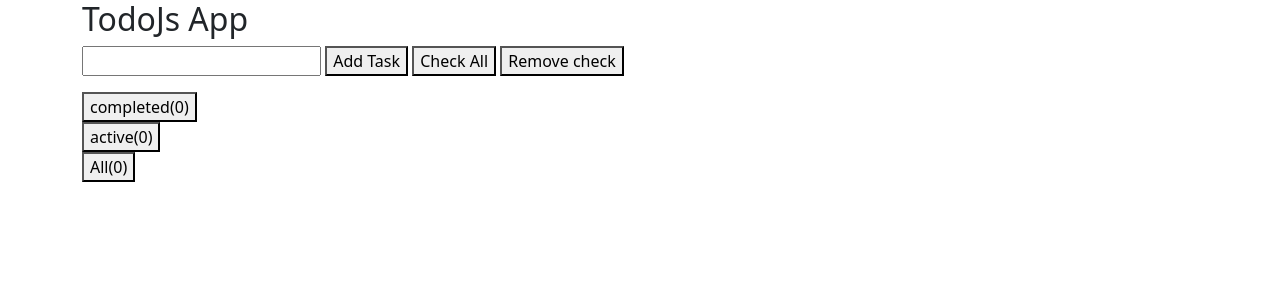
Repository: VladimirKasyanov/Todo
Page: index.html
An editor plug-in stored every save of this project. The page is shown before and after a run of saves, followed by the edit.
The browser window is 1280 px wide. The pictures show the whole page.

Above is the page before, as saved 2024-05-31 11:22:27.

### index.html
<!DOCTYPE html>
<html lang="en">
  <head>
    <meta charset="utf-8" />
    <meta name="viewport" content="width=device-width, initial-scale=1" />
   <link rel="stylesheet" href="styles.css">
    <link
      href="https://cdn.jsdelivr.net/npm/bootstrap@5.3.3/dist/css/bootstrap.min.css"
      rel="stylesheet"
      integrity="sha384-QWTKZyjpPEjISv5WaRU9OFeRpok6YctnYmDr5pNlyT2bRjXh0JMhjY6hW+ALEwIH"
      crossorigin="anonymous"
    />
    <title>TodoJs App</title>
  </head>
  <body>
    <div class="container">
      <h2>TodoJs App</h2>
      <form>
        <input type="text" class="input__box" />
        <button type="button" class="add">Add Task</button>
        <button type="button" onclick="checkAll()" class="check-all">
          Check All
        </button>
        <button type="button" onclick="removeCheck()" class="remove-check">
          Remove check
        </button>
      </form>
      <div class="todo__li">
        <ul class="list"></ul>
        <div class="all-button" >
          <button class="completed" href = '#cmp'>completed<span id="completed-counter">(0)</button>
          <button class="inc" href = '#inc'>active<span id="incomplete-counter">(0)</span></button>
          <button class="all" href ="#all" type="focus" >All<span id="total-counter">(0)</span></button>
        <div>
      </div>
    </div>
    <script
      src="https://cdn.jsdelivr.net/npm/bootstrap@5.3.3/dist/js/bootstrap.bundle.min.js"
      integrity="sha384-YvpcrYf0tY3lHB60NNkmXc5s9fDVZLESaAA55NDzOxhy9GkcIdslK1eN7N6jIeHz"
      crossorigin="anonymous"
    ></script>
    <script src="todo.js"></script>
  </body>
</html>

### styles.css
.completed {
display: block;
}
.inc {
    display: block;
}

### todo.js
const form = document.querySelector("form");
const inputBox = document.querySelector(".input__box");
const addButton = document.querySelector(".add");
const list = document.querySelector(".list");
const label = document.querySelector(".span");
const newInput = document.querySelector(".new-input");
const totalCounter = document.getElementById("total-counter");
const completedCounter = document.getElementById("completed-counter");
const incompleteCounter = document.getElementById("incomplete-counter");


const keyEnter = "Enter"
const keyEscape = "Escape"


let todoList = [];
let condition = "all"
// let completedCount = 0;
// let incompleteCount = 0;

const task = (event) => {
  event.preventDefault();
  const inputText = inputBox.value.trim()
  if (inputText === "" || inputText === null) return;
  let newTodo = {
    description: inputBox.value,
    checked: false,
    id: Date.now(),
  };

  todoList.push(newTodo);
  console.log(todoList);
  displayList(todoList);
  inputBox.value = "";

};



const displayList = () => {

  list.innerHTML = "";
  todoList.forEach((item) => {
    list.innerHTML += `
<li id ='${item.id}'>
<input class = 'check' type='checkBox' id='${item.id}' ${
      item.checked ? "checked" : ""
    }>
<span class='some-text'>${item.description}</span>
  <input class='new-input' type= 'text' value='${item.description.replace(/\s+/g, '')}' hidden></input>
<button type='delete' class='del' id='${item.id}' >x</button>
</li>

`;

});
updateCounters();

// document.getElementById("total-counter").textContent.todoList.length
};

// const counter = () => {
//     console.log(todoList.length)

//   displayList(todoList)
// }

const toggleTodo = (event) => {
  // todoList[index].checked = !todoList[index].checked;
  if(event.target.type == 'checkbox') {
    const todoId = event.target.id;
    todoList.forEach((item) => {
      if (item.id === Number(todoId)) {
        item.checked = !item.checked;
      }
    })
  }
   updateCounters();
  // displayList(todoList);
};




const checkAll = () => {
  todoList.forEach((todo) => {
    todo.checked = !todo.checked;
  });
  displayList();
};


// const filterTodo = () => {
//   switch (condition) {
//     case 'active':
//     return todoList.filter((todo) => !todo.isChecked);
// }
// }

const updateCounters = () => {
  const completedCount = todoList.filter((item) => item.checked).length;
  const incompleteCount = todoList.length - completedCount;

  completedCounter.innerText = completedCount;
  incompleteCounter.innerText = incompleteCount;
  totalCounter.innerText = todoList.length;
};

const completedTab = () => {
  const completedCount = todoList.filter((item) => item.checked)

}



const removeCheck = () => {
  todoList = todoList.filter((todo) => !todo.checked);
  displayList(todoList);
};

function removeOnce(event) {
  const todoId = Number(event.target.parentElement.id);
  if (event.target.classList.contains("del")) {
    todoList = todoList.filter((todo) => todo.id !== todoId);
    displayList(todoList);
  }
}


const editNew = (elementId) => {
  const theElement = document.getElementById(elementId)
  const newText = theElement.children[2].value;
    if (newText === "" || newText === null) return
  // let todoText = event.target.parentNode.children[2].value;

  // console.log(todoList)

  todoList.forEach((item) => {
    if (item.id === Number(elementId)) {
        item.description = newText.trim()
    }

  })
  displayList(todoList);

  //  if (event.sourceCapabilities !== null) {
  //   if (todoText.trim() === '') {
  //   }
  //   displayList(todoList);
  // }
}

const addButtonEnter = (event) => {
    if (event.key === keyEnter) {
       task(event);
  }
};

const changeDescription = (event) => {
  if (event.target.classList.contains("some-text")) {
    const {children} = event.target.parentNode
    children[1].hidden = true
    children[2].hidden = false
    children[2].focus()
  }
};

const changeDescriptionFinish = (event) => {
    if (event.target.classList.contains("new-input")) {
      // console.log(event)

      if (event.key === keyEnter){
        const todoId = Number(event.target.parentElement.id);
        console.log(todoId)
        // todoList.forEach((todo) => todo.id !== todoId);
        editNew(todoId);


      }
      if (event.key === keyEscape) {
        displayList(todoList)
      }
    }
  }


  // list.addEventListener("blur",changeDescriptionFinish)
  list.addEventListener("dblclick", changeDescription);
  list.addEventListener("click", removeOnce);
  list.addEventListener("click", toggleTodo);
  addButton.addEventListener("click", task);
  // console.log(typeof(li))
  list.addEventListener('keyup', changeDescriptionFinish);
  inputBox.addEventListener('keydown', addButtonEnter);
  // list.addEventListener('click', refillCounter)


// const changeDescription = (event) => {
//   const todoId = event.target.parentElement.id;
//   const todo = todoList.find((todo) => todo.id == todoId);

//   if (event.target.classList.contains("label")) {
//     const input = document.createElement("input");
//     input.type = "text";
//     input.value = todo.description;

//     input.addEventListener("blur", () => {
//       todo.description = input.value;
//       displayList(todoList);
//     });

//     event.target.replaceWith(input);
//     input.focus();
//   }
// };
// let itemId = event.target.id
// let index = todoList.findIndex((element) => element.id === itemId);
// delOnce.addEventListener("click", delOnce)
// for.forEach
// const removeOnce = (event) => {
//     delOnce.addEventListener("click", removeOnce);
//         let delOnce = todoList.findIndex((element) => element.id === event.target.id);
//             if (index !== -1) {
//                 todoList.splice(index, 1);

//             };
//             displayList(todoList);
//         };





          // todoList = todoList.filter((todo) => );
    // todoList.removeChild("li");
// checkAllButton.addEventListener("click", checkAll);
// removeComplete.addEventListener("click", removeAll);
// replace(/\s+/g, '') // space delete

// const changeDescriptionFinish = (event) => {
//   if (event.target.classList.contains("new-input")) {
//     const updatedDescription = event.target.value;
//     const todoId = Number(event.target.parentNode.id);
//     const todoIndex = todoList.findIndex((todo) => todo.id === todoId);

//     if (event.key === 'Enter') {
//       todoList[todoIndex].description = updatedDescription;
//       displayList(todoList);
//     } else if (event.key === 'Escape') {
//       event.target.value = todoList[todoIndex].description;
//     }
//   }
// };
// inputBox.addEventListener("keydown", (event) => {
//   if (event.key === "Enter") {
//     task(event);
//   }
// });

// const displayList = () => {
//   list.innerHTML = "";

//   todoList.forEach((item) => {
//     list.innerHTML += `
//       <li id='${item.id}'>
//         <input class='check' type='checkbox' id='${item.id}' ${
//       item.checked ? "checked" : ""
//     }>
//         <span class='some-text'>${item.description}</span>
//         <input class='new-input' type='text' hidden></input>
//         <button type='delete' class='del' id='${item.id}'>x</button>
//       </li>
//     `;

//     if (item.checked) {
//       completedCount++;
//     } else {
//       incompleteCount++;
//     }
//   });
//   document.getElementById("completed-counter").textContent = completedCount;
//   document.getElementById("incomplete-counter").textContent = incompleteCount;
//   document.getElementById("total-counter").textContent = todoList.length;
// };

// function editTask(event) {
//   if (event.target.classList.contains("some-text")) {
//     const { children } = event.target.parentNode;
//     children[1].hidden = true;
//     const editInput = children[2];
//     editInput.value = event.target.textContent;
//     editInput.hidden = false;
//     editInput.focus();
//   }
// }

// function finishEdit(event) {
//   if (event.target.classList.contains("new-input")) {
//     const todoId = Number(event.target.parentElement.id);
//     const editedTask = event.target.value.trim();
//     if (event.key === keyEnter && editedTask !== "") {
//       todoList = todoList.map((todo) =>
//         todo.id === todoId ? { ...todo, description: editedTask } : todo
//       );
//       displayList();
//     }
//     if (event.key === keyEscape) {
//       displayList();
//     }
//   }
// }


// const updateCounter =  () =>  {
//   // const counter = todoList.filter((item) => !item.check).length

//   // const unCount = todoList.filter((item) =>)
//   const completedCount = document.getElementById("completed-counter");
//   const incompleteCount = document.getElementById("incomplete-counter");
//   // const allButton = document.getElementById("total-counter")
//   incompleteCount.textContent = incompleteCount
//   // allButton = document.getElementById("total-counter")
//   allButton.textContent = ` (${todoList.length}) `
//   // (${todoList.length});
// displayList(todoList);
// };

After the next 2 saves:
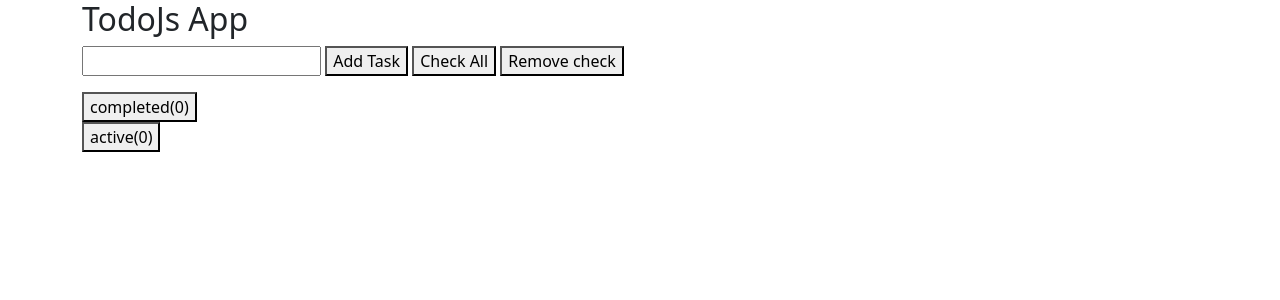
The 2 saves are shown as one change because they came seconds apart.
The last was saved 21 s later.
--- a/styles.css
+++ b/styles.css
@@ -4,3 +4,6 @@ display: block;
 .inc {
     display: block;
 }
+.all{
+    display: none;
+}
